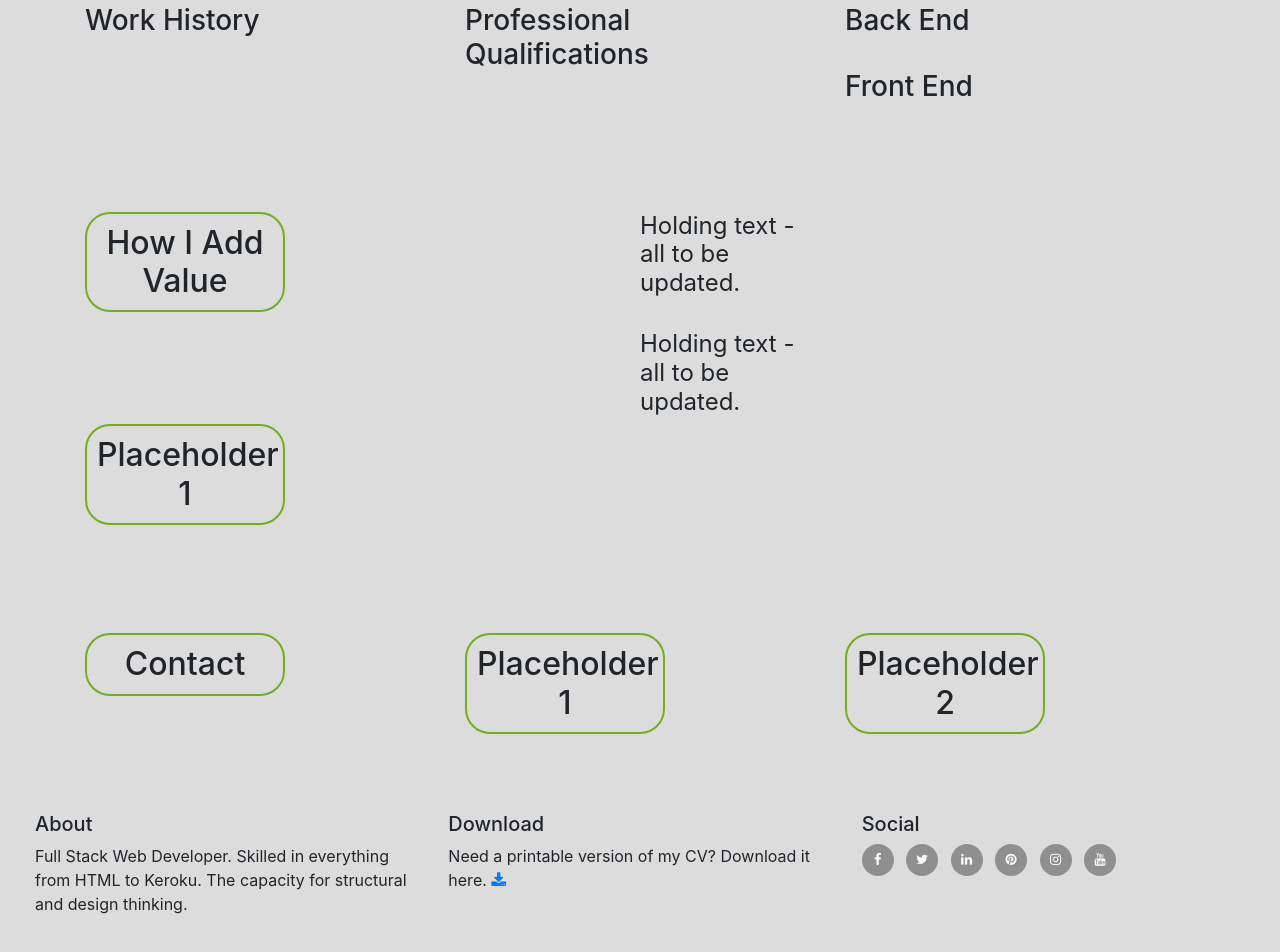
Repository: tenerim/first-milestone
Page: index.html
The author's editor kept a record of every edit. The page is drawn from the files as they stood at one moment, then again after the next edit.
The browser window is 1280 px wide. The pictures show the part of the page from y = 2004 to 2956 px (the page is 2956 px tall before and 2847 px after).
A picture or video elsewhere on the page could not be fetched, so the positions and the page height are approximate.

Above is the page before.

### index.html
<!DOCTYPE html>
<html lang="en">

<head>
    <meta charset="UTF-8">
    <meta name="viewport" content="width=device-width, initial-scale=1.0">
    <meta http-equiv="X-UA-Compatible" content="ie=edge">
    <link rel="stylesheet" href="https://stackpath.bootstrapcdn.com/bootstrap/4.3.1/css/bootstrap.min.css" type="text/css" />
    <link href="https://stackpath.bootstrapcdn.com/bootstrap/4.3.1/css/bootstrap.min.css" rel="stylesheet" integrity="sha384-ggOyR0iXCbMQv3Xipma34MD+dH/1fQ784/j6cY/iJTQUOhcWr7x9JvoRxT2MZw1T" crossorigin="anonymous">
    <link rel="stylesheet" href="https://stackpath.bootstrapcdn.com/font-awesome/4.7.0/css/font-awesome.min.css" type="text/css" />
    <link href="https://stackpath.bootstrapcdn.com/font-awesome/4.7.0/css/font-awesome.min.css" rel="stylesheet" integrity="sha384-wvfXpqpZZVQGK6TAh5PVlGOfQNHSoD2xbE+QkPxCAFlNEevoEH3Sl0sibVcOQVnN" crossorigin="anonymous">
    <link rel="stylesheet" href="assets/css/style.css" type="text/css" />
    <title>MT Milestone Project 1</title>

</head>

<body>
    <!-------------------------------------------------------------Intro Page -->
    <header id="welcome-page">

        <!-------------------------------------Navigation Bar------>

        <nav class="navbar navbar-expand-lg navbar-light bg-light">
            <a class="navbar-brand" href="#"></a>
            <button class="navbar-toggler" type="button" data-toggle="collapse" data-target="#navbarNav" aria-controls="navbarNav" aria-expanded="false" aria-label="Toggle navigation">
	    <span class="navbar-toggler-icon"></span>
	  </button>
            <div class="container">
                <div class="collapse navbar-collapse" id="navbarNav">
                    <ul class="navbar-nav .justify-content-center">
                        <li class="nav-item active">
                            <a class="nav-link" href="#">About Me <span class="sr-only">(current)</span></a>
                        </li>
                        <li class="nav-item">
                            <a class="nav-link" href="#">How I Got Here</a>
                        </li>
                        <li class="nav-item">
                            <a class="nav-link" href="#">How I Add Value</a>
                        </li>
                        <li class="nav-item">
                            <a class="nav-link" href="#">Contact</a>
                        </li>
                        <li class="nav-item">
                            <a class="nav-link disabled" href="#" tabindex="-1" aria-disabled="true"></a>
                        </li>
                    </ul>
                </div>
            </div>
        </nav>
        <!-------------------------------------Image and Text ----->

        <img src="images/city.jpg" alt="city" style="width:100%; height:auto;"></img>

        <div class="container-fluid">
            <div class="row">
                <div class="container">
                    <div class="text-right">
                        <h1 class="display-4">Michael Tenerife</h1>
                        <p class="lead">Full Stack Web Developer</p>
                    </div>
                </div>
            </div>
        </div>

    </header>

    <!-------------------------------------------------------------About Me Page -->

    <section id="about-me" ; class="splash" ;>

        <div class="container">
            <div class="row">
                <div class="col">
                    <h2 class="headbox">About Me</h2>
                    <br />
                    <h3>What do I do?</h3>
                    <h4 class="font-weight-normal">I am experienced in sales and tech industry-focused client management. Transitioning into software development, I am a recent graduate of Code Institute working with front-end and back-end frameworks.</h4>
                    <br />
                    <h3>How do I do it?</h3>
                    <h4 class="font-weight-normal">I specialise in HTML, CSS, JavaScript, and Python languages, using Django and Flask frameworks. Passionate about creating a positive user experience, I enjoy working with and adapting to technologies as they develop. </h4>
                </div>
                <div class="col">
                    <img src="images/guy-image.png" alt="city" style="width:100%; height:auto;"></img>
                </div>
            </div>
        </div>

    </section>

    <!-------------------------------------------------------------How I Got Here -->


    <Section>

        <div class="container">
            <div class="row">
                <div class="col-4">
                    <h2 class="headbox">How I Got Here</h2>
                </div>
                <br />
            </div>
        </div>

        <div class="container">
            <div class="row">
                <div class="col-4">
                    <h3>Work History</h3>
                </div>
                <div class="col-4">
                    <h3>Professional Qualifications</h3>
                </div>
                <div class="col-4">
                    <h3>Back End</h3>
                    <br />
                    <h3>Front End</h3>
                </div>
            </div>
        </div>

    </Section>

    <!-------------------------------------------------------------How I Add Value -->

    <Section>

        <div class="container">
            <div class="row">
                <div class="col-6">
                    <h2 class="headbox">How I Add Value</h2>
                </div>


                <div class="row">
                    <div class="col-6">
                        <h4 class="font-weight-normal">Holding text - all to be updated.</h4>
                        <br />
                        <h4 class="font-weight-normal">Holding text - all to be updated.</h4>
                    </div>
                </div>
                <div class="col-6">
                    <h2 class="headbox">Placeholder 1</h2>
                </div>
            </div>

    </Section>

    <!-------------------------------------------------------------Contact -->

    <Section>

        <div class="container">
            <div class="row">
                <div class="col">
                    <h2 class="headbox">Contact</h2>
                </div>
                <div class="col">
                    <h2 class="headbox">Placeholder 1</h2>
                </div>
                <div class="col">
                    <h2 class="headbox">Placeholder 2</h2>
                </div>
            </div>
        </div>

    </Section>

    <!-------------------------------------------------------------Footer -->


    <footer class="container-fluid">
        <div id="footer-details" class="row">
            <div class="col-sm-4">
                <h5 class="uppercase general-sub">About</h5>
                <p class "inline-block">
                    Full Stack Web Developer. Skilled in everything from HTML to Keroku. The capacity for structural and design thinking.</p>
            </div>
            <div class="col-sm-4">
                <h5 class="uppercase general-sub">Download</h5>
                <p class "inline-block">
                    Need a printable version of my CV? Download it here.
                    <a href="assets/CV/sample-cv.pdf" target="_blank" class="cv-pdf">
                <i class="fa fa-download" aria-hidden="true"></i>
                <span class="sr-only">Download link.</span>
            </a>
                </p>
            </div>
            <div class="col-sm-4">
                <h5 class="uppercase general-sub">Social</h5>
                <ul class="list-inline social-links">
                    <li class="list-inline-item">
                        <a target="_blank" href="#">
                            <i class="fa fa-facebook" aria-hidden="true"></i>
                            <span class="sr-only">Facebook</span>
                        </a>
                    </li>
                    <li class="list-inline-item">
                        <a target="_blank" href="#">
                            <i class="fa fa-twitter" aria-hidden="true"></i>
                            <span class="sr-only">twitter</span>
                        </a>
                    </li>
                    <li class="list-inline-item">
                        <a target="_blank" href="#">
                            <i class="fa fa-linkedin" aria-hidden="true"></i>
                            <span class="sr-only">LinkedIn</span>
                        </a>
                    </li>
                    </li>
                    <li class="list-inline-item">
                        <a target="_blank" href="#">
                            <i class="fa fa-pinterest" aria-hidden="true"></i>
                            <span class="sr-only">Pinterest</span>
                        </a>
                    </li>
                    </li>
                    <li class="list-inline-item">
                        <a target="_blank" href="#">
                            <i class="fa fa-instagram" aria-hidden="true"></i>
                            <span class="sr-only">Instagram</span>
                        </a>
                    </li>
                    </li>
                    <li class="list-inline-item">
                        <a target="_blank" href="#">
                            <i class="fa fa-youtube" aria-hidden="true"></i>
                            <span class="sr-only">YouTube</span>
                        </a>
                    </li>
                </ul>
            </div>
        </div>



    </footer>

</body>

</html>

### assets/css/style.css
.container-fluid {
    background-color: rgb(220, 220, 220);
}

section {
        background-color: rgb(220, 220, 220);
        padding-top: 50px;
        padding-bottom: 50px;
}

.splash {
       background-color: rgb(220, 220, 220);
}


.display-4 {
    padding-top: 50px;
}


.lead {
    padding-bottom: 50px;
}


.headbox {
    border-radius: 25px;
    border: 2px solid #73AD21;
    padding: 10px;
    text-align: center;
    width: 200px;

}



/*--------------------------------------Footer-----*/

.social-links {
    padding-bottom: 15px;
}

.social-links li a i {
    width: 32px;
    height: 32px;
    padding: 12px 0;
    border-radius: 50%;
    font-size: 13px;
    line-height: 7px;
    text-align: center;
    color: #fafafa;
    background: #8f8f8f;
    transition: all 0.35s ease-in-out;
    -moz-transition: all 0.35s ease-in-out;
    -webkit-transition: all 0.35s ease-in-out;
    -o-transition: all 0.35s ease-in-out;
}

.social-links li a i:hover {
    background: #e84610;
}

#footer-details {
    padding: 20px;
}

After the next edit:
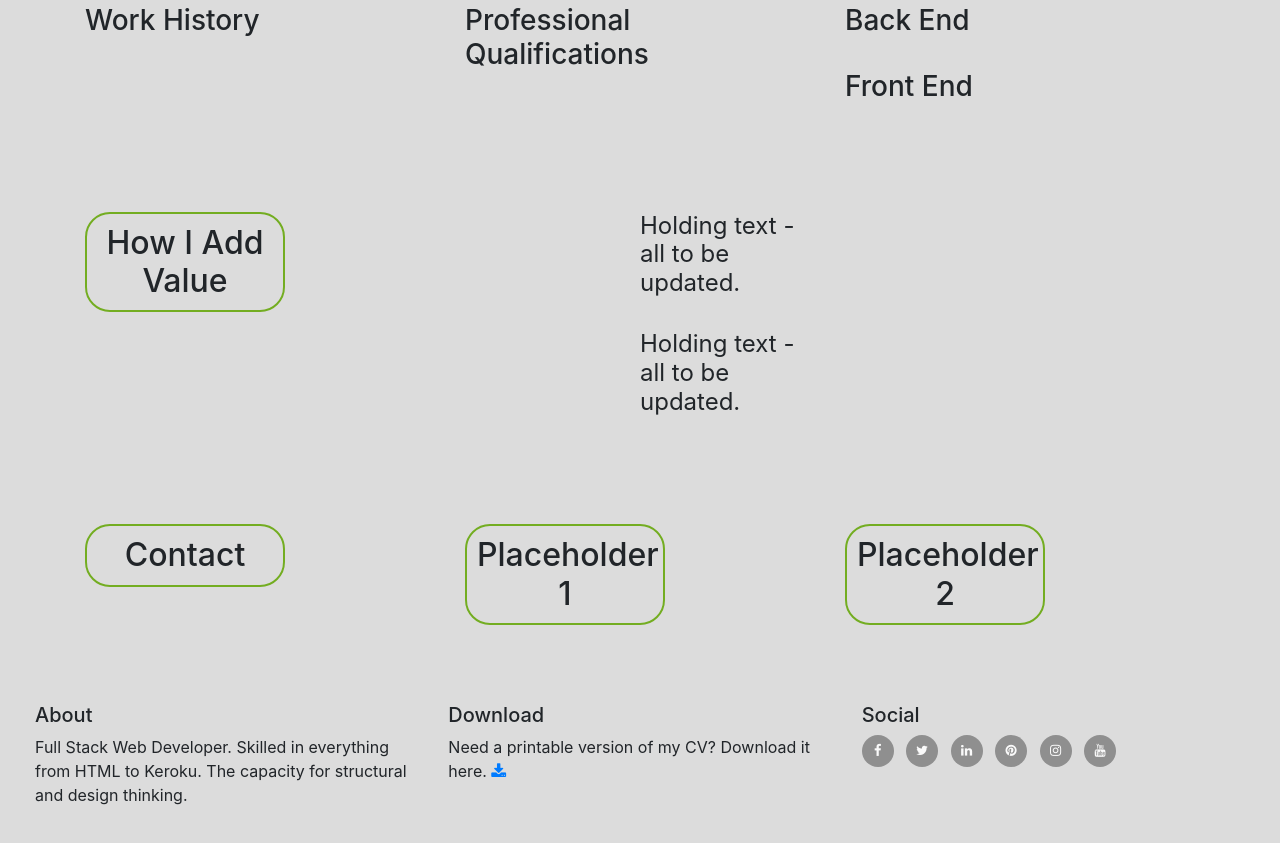
The edit:
--- a/index.html
+++ b/index.html
@@ -137,9 +137,7 @@
                         <h4 class="font-weight-normal">Holding text - all to be updated.</h4>
                     </div>
                 </div>
-                <div class="col-6">
-                    <h2 class="headbox">Placeholder 1</h2>
-                </div>
+
             </div>
 
     </Section>
